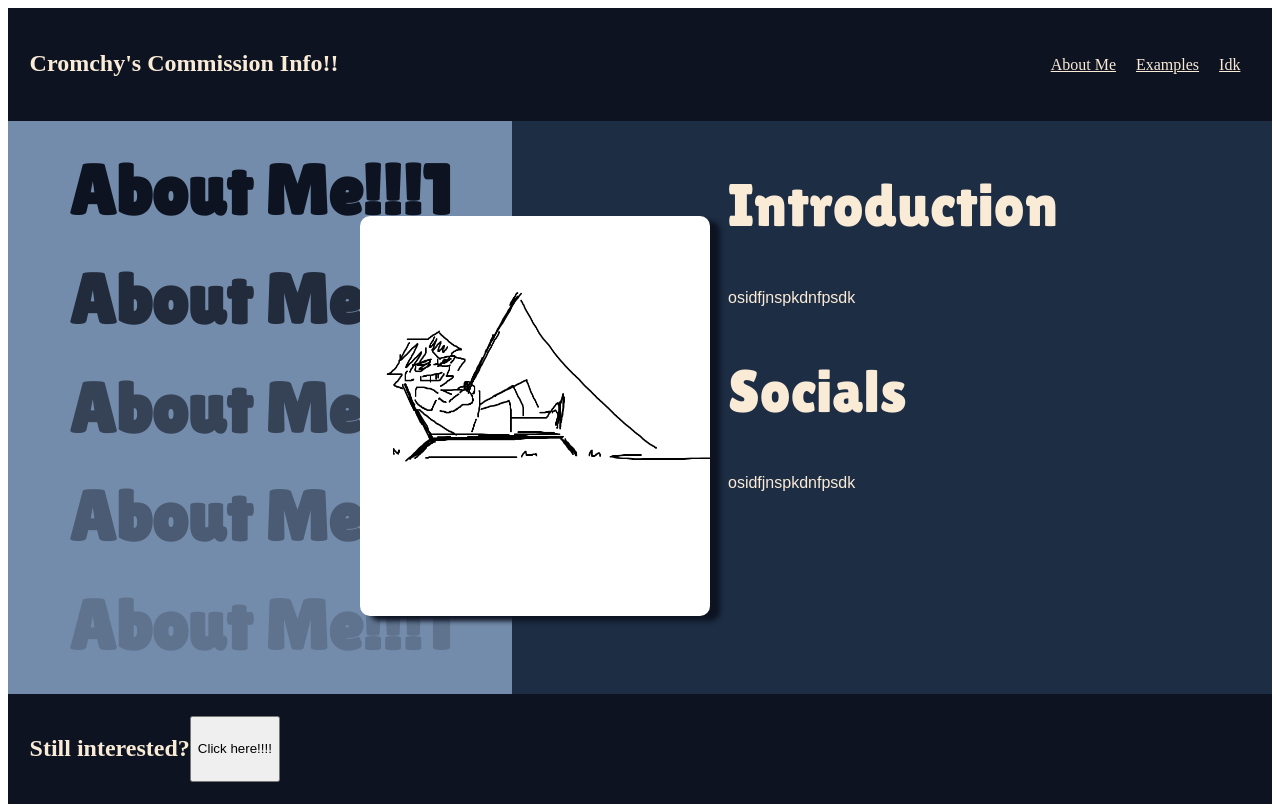
Repository: crackaLack1n/Cromchys_Commission_Site
Page: /
The author's editor kept a copy of each file at every save. The page is drawn from the files as they stood at one save, then again after the next save.
The browser window is 1280 px wide. The pictures show the whole page.
The project was rebuilt for these pictures with package versions that can differ from the ones it lists, and the page was loaded fresh each time. The framework's server and built-in components were replaced by stand-ins that run in the browser. Also part of the build but not shown: next.config.mjs.

Above is the page before, as saved 2024-06-11 15:34:53.

After the next save:
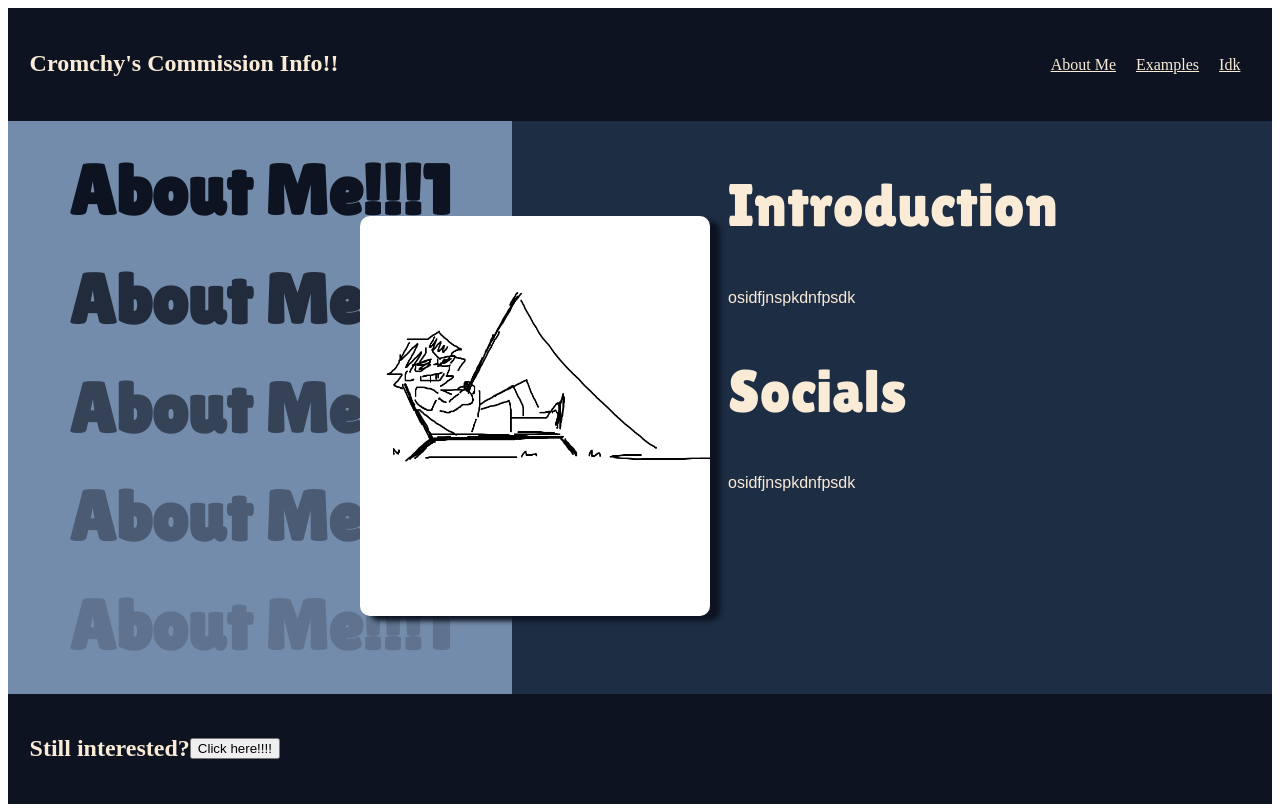
Saved 51 s later.
--- a/Components/Footer/footer.module.css
+++ b/Components/Footer/footer.module.css
@@ -9,6 +9,5 @@
 .content {
   display: flex;
   flex-direction: row;
-  right: 100%;
-  left: 0;
+  align-items: center;
 }

After the 2 saves that followed:
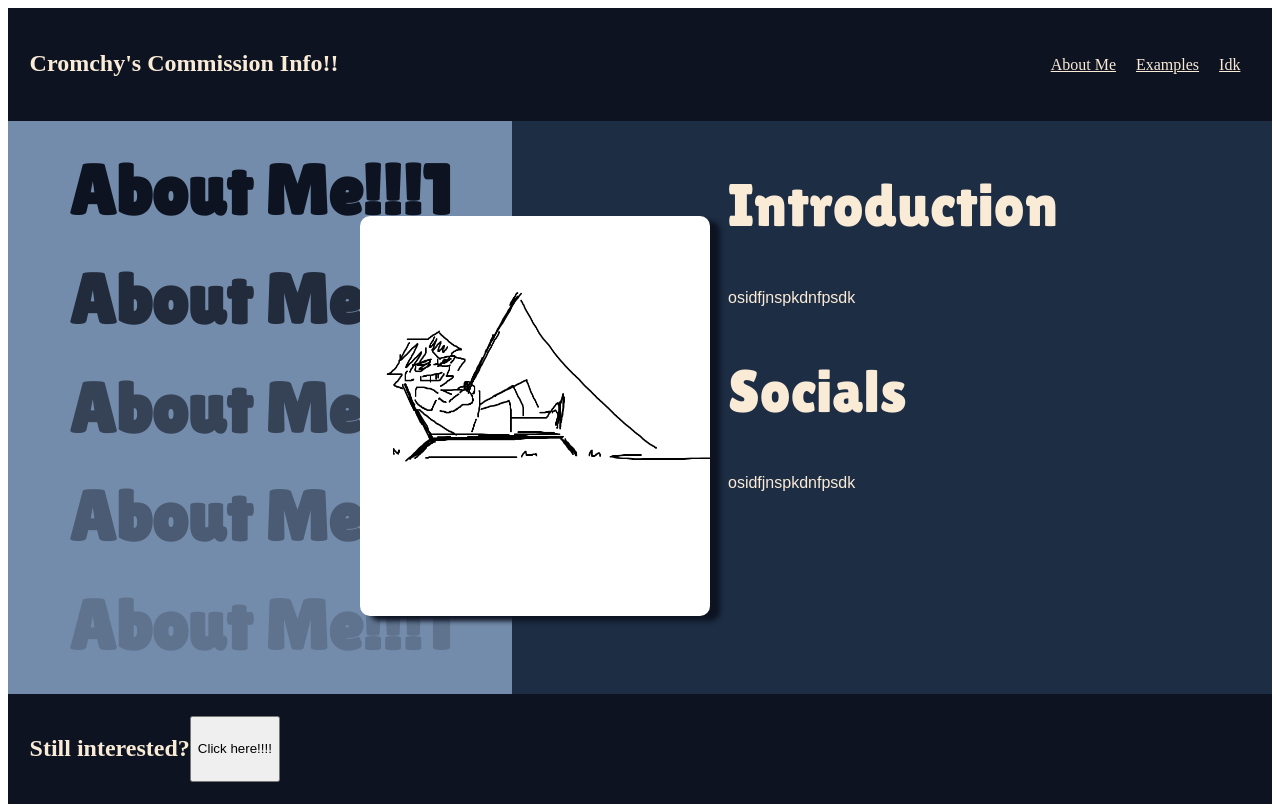
The 2 saves are shown as one change because 1 left the picture as it was.
The last was saved 69 s later.
--- a/Components/Footer/footer.module.css
+++ b/Components/Footer/footer.module.css
@@ -9,5 +9,5 @@
 .content {
   display: flex;
   flex-direction: row;
-  align-items: center;
+  width: 100%;
 }
